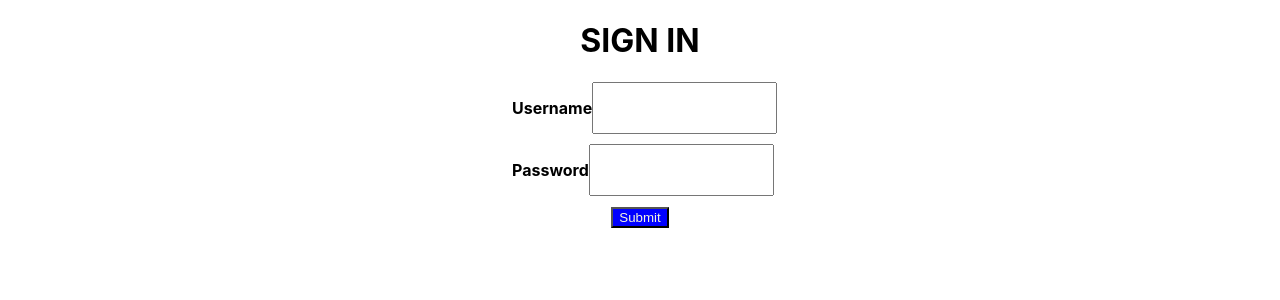
Repository: PreetiToppo/networking
Page: /
The author's editor kept a copy of each file at every save. The page is drawn from the files as they stood at one save, then again after the next save.
The browser window is 1280 px wide. The pictures show the whole page.
The project was rebuilt for these pictures with package versions that can differ from the ones it lists, and the page was loaded fresh each time.

Above is the page before, as saved 2023-01-21 19:45:31.

After the next save:
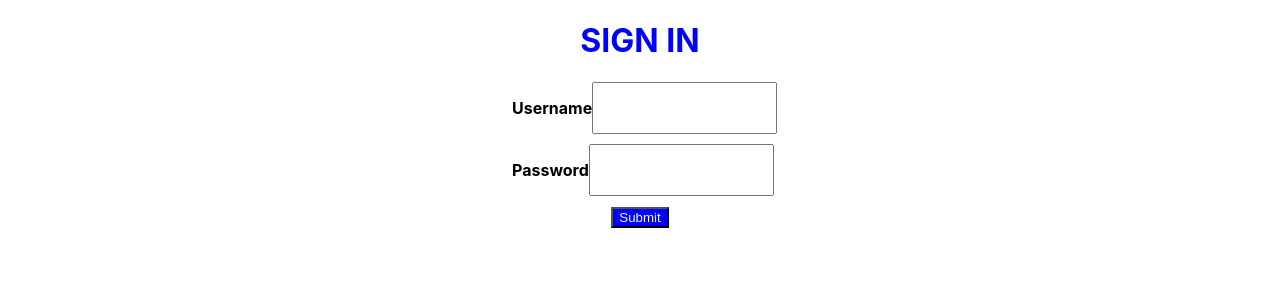
Saved 23 s later.
--- a/src/App.css
+++ b/src/App.css
@@ -23,5 +23,5 @@ p{
 }
 
 h1{
-  align-items: ;
+  color: blue;
 }
